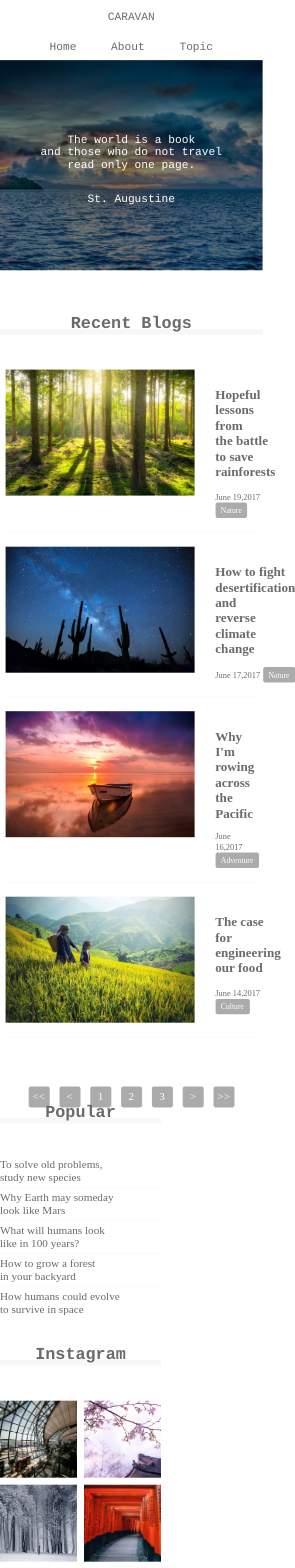
Repository: Kaori199701/-1
Page: caravan/index.html
The author's editor kept a record of every edit. The page is drawn from the files as they stood at one moment, then again after the next edit.
The browser window is 375 px wide. The page is 422 px wide, then 375 px, so the pictures cover 422 px, including what lies to the right of the window. The pictures show the part of the page from y = 0 to 2240 px (the page is 2916 px tall before and 2826 px after), at 70% of full size.
Some web libraries are served in a nearby version.

Above is the page before.

### caravan/index.html
<!DOCTYPE html>
<html lang="ja">
  <head>
    <meta charset="UTF-8" />
    <meta name="viewport" content="width=device-width,initial-scale=1.0">
    <!-- FontAwesomeの読み込み -->
    <script src="https://kit.fontawesome.com/28849d95ea.js" crossorigin="anonymous"></script>

    <!-- CSSファイルの読み込み -->
    <link rel="stylesheet" href="style.css" />
    <title>CARAVAN</title>
  </head>

  <body>
     <!-- header -->
    <header>
      <hi class="heading">
        <a href="index.html">
          CARAVAN
        </a>
      </hi>

      <div class="social">
         <i class="fab fa-facebook-square"></i>
         <i class="fab fa-twitter-square"></i>
         <i class="fab fa-instagram"></i>
      </div>
    </header>

    <! --navigation-->
    <nav>
      <ul class="nav-list">
        <li class="nav-list-item">
          <a href="index.html">Home</a>
        </li>
        <li class="nav-list-item">About</li>
        <li class="nav-list-item">Topic</li>
      </ul>
    </nav>

     <!-- main-visual用のdiv -->
     <div class="main-visual">
       <div class="main-visual-content">
       <!-- pタグ（と文字）を追加 -->
        <p class="main-visual-text">
         The world is a book<br />
         and those who do not travel<br />
         read only one page.
        </p>
        <p class="main-visual-name">
         St. Augustine
        </p>
       </div>
     </div>

     <!-- main用のdiv -->
     <main>
       <!-- ブログ(左側) -->
       <section class="blog">
        <h2 class="blog-heading">Recent Blogs</h2>

        <div class="blog-box">

         <!-- 1コ目の記事-->
         <div class="blog-item">
           <img class="blog-image" src="img/forest.jpg">
           <section class="blog-text">
             <h3 class="blog-text-heading">
               <a href="single.html">
                Hopeful lessons from<br>
                the battle to save<br>
                rainforests
               </a>
             </h3>
             <p class="blog-date">June 19,2017</p>
             <span class="category">Nature</span>
           </section>
          </div>

         <!-- 2コ目の記事-->
          <div class="blog-item">
           <img class="blog-image" src="img/desert.jpg">
           <section class="blog-text">
             <h3 class="blog-text-heading">
               <a href="single.html">
                How to fight<br>
                desertification and<br>
                reverse climate change
               </a>
             </h3>
             <p class="blog-date">June 17,2017</p>
             <span class="category">Nature</span>
           </section>
          </div>

        <!-- 3コ目の記事-->
         <div class="blog-item">
           <img class="blog-image" src="img/sunset.jpg">
           <section class="blog-text">
             <h3 class="blog-text-heading">
               <a href="single.html">
                Why I'm rowing<br>
                across the Pacific
               </a>
             </h3>
             <p class="blog-date">June 16,2017</p>
             <span class="category">Adventure</span>
           </section>
         </div>

        <!-- 4コ目の記事-->
         <div class="blog-item">
           <img class="blog-image" src="img/asia.jpg">
           <section class="blog-text">
             <h3 class="blog-text-heading">
               <a href="single.html">
                 The case for<br>
                 engineering our food
               </a>
             </h3>
             <p class="blog-date">June 14,2017</p>
             <span class="category">Culture</span>
           </section>
          </div>
         </div>
         <div class="pagination">
            <p><<</p>
            <p><</p>
            <p>1</p>
            <p>2</p>
            <p>3</p>
            <p>></p>
            <p>>></p>
         </div>
       </section>

       <!-- サイドバー(右側) -->
       <div class="sidebar">
        <selection class="popular">
          <h2 class="popular-heading common-heading">Popular</h2>
           <div class="sidebar-contents">
             <p class="popular-text">To solve old problems,<br>study new species</p>
             <p class="popular-text">Why Earth may someday<br>look like Mars</p>
             <p class="popular-text">What will humans look<br>like in 100 years?</p>
             <p class="popular-text">How to grow a forest<br>in your backyard</p>
             <p class="popular-text">How humans could evolve<br>to survive in space</p>
           </div>
        </selection>

        <selection class="instagram">
          <h2 class="instagram-heading common-heading">Instagram</h2>
           <div class="sidebar-contents">
             <div class="instagram-box"></div>
             <div class="instagram-box"></div>
             <div class="instagram-box"></div>
             <div class="instagram-box"></div>
             <div class="instagram-box"></div>
             <div class="instagram-box"></div>
           </div>
        </selection>

        <section class="categories">
          <h2 class="categories-heading common-heading">Categories</h2>
           <div class="sidebar-contents">
             <p class="categories-text">Technology(15)</p>
             <p class="categories-text">Business(23)</p>
             <p class="categories-text">Entertainment(12)</p>
             <p class="categories-text">Nature(32)</p>
             <p class="categories-text">Education(9)</p>
             <p class="categories-text">Adventure(23)</p>
             <p class="categories-text">Communication(14)</p>
           </div>
        </selection>

       </div>
     </main>

     <!-- footer -->
     <footer>
       <p class="footer-text">© All rights reserved by Infratop.Inc.</p>
     </footer>
   </body>
</html>

### caravan/style.css
/* ブラウザがそれぞれ持っているCSSをリセットするための記述 */
* {
  margin: 0;
  padding: 0;
  box-sizing: border-box;
  color: #6c6b6b;
}

a {
  text-decoration: none;
}

header, nav, h2, .main-visual, footer {
  font-family: Chalkduster, "Bradley Hand", Courier, "Segoe Print", sans-serif;
}

header {
  width: 90%; /* 横幅90% */
  padding: 15px 0;
  margin: 0 auto;
  text-align: center;
  position: relative; /* #socialの基準位置を相対位置へ変更する */
}

.social {
  position: absolute; /* headerの左上を基準に絶対位置で指定する */
  top: 22px; /* headerの左上から22px下側へ移動する */
  right: 22px; /* headerの右上から22px左側へ移動する */
}

.social i {
  display: inline-block;
  margin-left: 20px;
}

header.heading {/* headerタグ内のheadingクラスにのみ反映される */
  font-size: 32px;
}

.nav-list {
  text-align: center;
  padding: 10px 0;
  margin: 0 auto;
}

.nav-list-item {
  list-style: none;
  display: inline-block;
  margin: 0 20px;
}


.main-visual {
  width: 100%; /* 横幅いっぱい */
  height: 300px; /* 高さ300px */
  background-image: url(img/mv.jpg);
  background-size: cover;/* 縦横比を維持したまま背景領域を埋め尽くす */
  background-position:center;/* 背景画像を中央に配置 */
}

.main-visual-content {
  width: 40%; /* 横幅40% */
  height: 300px; /* 親の高さに揃える */
  background-color: rgba(0,0,0,0.5);/* 背景色を半透明の黒にする */
  text-align: center; /* 文字を中央揃えにする */
  padding-top: 105px;/* 上側の内側余白で垂直方向の位置を調整(上105px空白にする) */
}

.main-visual-text {
  color: #fff; /* 文字色を白に変更 */
}

.main-visual-name {
  margin-top: 30px; /* 上側の外側の余白 */
  color: #fff; /* 文字色を白に変更 */
}


main {
  width: 800px; /* 横幅800px */
  display: flex; /* Flexboxの利用 */
  justify-content: center; /* 要素の横並び・中央寄せ */
  margin: 0 auto; /* 要素の中央揃え */
  padding: 70px 0; /* 上下に70px、左右に0pxの内側余白 */
}

.blog {
  width: 540px;
  margin-right: 30px;/* 領域の右側余白30px*/

}

.blog-heading {
  border-bottom: 8px solid #f7f7f7;
  text-align: center;
  line-height: 0.6;
}

.blog-box {
  padding-top: 50px;
}

.blog-item {
  padding-bottom: 20px;
  margin-bottom: 20px;
  border-bottom: 1px solid #f7f7f7;
  display: flex; /* Flexboxの利用 */
  justify-content: flex-start;
}

.blog-image{
  height: 180px;
}

.blog-text {
  padding: 25px 0 0 30px;
}

.blog-text-heading {
  padding-bottom: 15px;
}

.blog-date {
  font-size: 12px;
  display: inline-block;
}

.category {
  display: inline-block;
  padding: 5px 8px;
  background-color: #acabab;
  border-radius: 3px;
  color: #fff;
  font-size: 11px;
}

.pagination {
  text-align: center;
  padding-top: 50px;
}

.pagination p {
  display: inline-block;
  width: 30px;
  height: 30px;
  margin: 0 5px;
  color: #fff;
  background-color: #acabab;
  border-radius: 3px;
  line-height: 30px;
}


.sidebar {
  width: 230px;
}

.common-heading {
  border-bottom: 8px solid #f7f7f7;
  text-align: center;
  line-height: 0.6;
}

.sidebar-contents {
  padding: 50px 0;
}

.popular-text,
.categories-text {
  padding-bottom: 5px;
  border-bottom: 1px solid #f7f7f7;
  margin-bottom: 5px;
}

.popular-text:last-child,
.categories-text:last-child {
  margin: 0;
  padding: 0;
  border: none;
}

.instagram .sidebar-contents {
  display: flex;
  flex-wrap: wrap;
}

.instagram-box {
  width: 110px;
  padding-top: 110px;
  background-size: cover;
  background-position: center;
  margin-bottom: 10px;
}

.instagram-box:nth-child(odd) {
  margin: 0 10px 10px 0;
}

.instagram-box:nth-child(1) {
  background-image: url(img/airport.jpg);
}

.instagram-box:nth-child(2) {
  background-image: url(img/japan.jpg);
}

.instagram-box:nth-child(3) {
  background-image: url(img/snow.jpg);
}

.instagram-box:nth-child(4) {
  background-image: url(img/japan2.jpg);
}

.instagram-box:nth-child(5) {
  background-image: url(img/lake.jpg);
}

.instagram-box:nth-child(6) {
  background-image: url(img/road.jpg);
}



footer {
  width: 100%; /* 横幅いっぱい */
  height: 120px; /* 高さ120px */
  text-align: center;
  line-height: 120px;
  background-color: #848282;
}

.footer-text {
  color: #fff;
}


@media screen and (max-width: 425px) {
  header {
    width: 100%;
  }

  .nav-list {
    width: 100%;
  }

  .av-list-item {
    width: 100%;
    margin: 0 0 10px 0;
  }

 .social {
    display: none;
  }

  .main-visual-content {
    width: 100%;
  }

  main {
    width: 100%;
    display: block;
  }

  .blog {
    width: 100%;
    margin: 0;
  }

.blog-box {
  padding-left: 2%;
  padding-right: 2%;
}

.blog-item {
  padding-bottom: 20px;
  margin-bottom: 20px;
  border-bottom: 1px solid #f7f7f7;
  display: flex; /* Flexboxの利用 */
  justify-content: flex-start;
}

.blog-image{
  height: 180px;
}

.blog-text {
  padding: 25px 0 0 30px;
}

.blog-text-heading {
  padding-bottom: 15px;
}

.blog-date {
  font-size: 12px;
  display: inline-block;
}

.category {
  display: inline-block;
  padding: 5px 8px;
  background-color: #acabab;
  border-radius: 3px;
  color: #fff;
  font-size: 11px;
}

.pagination {
  text-align: center;
  padding-top: 50px;
}

.pagination p {
  display: inline-block;
  width: 30px;
  height: 30px;
  margin: 0 5px;
  color: #fff;
  background-color: #acabab;
  border-radius: 3px;
  line-height: 30px;
}


.sidebar {
  width: 230px;
}

.common-heading {
  border-bottom: 8px solid #f7f7f7;
  text-align: center;
  line-height: 0.6;
}

.sidebar-contents {
  padding: 50px 0;
}

.popular-text,
.categories-text {
  padding-bottom: 5px;
  border-bottom: 1px solid #f7f7f7;
  margin-bottom: 5px;
}

.popular-text:last-child,
.categories-text:last-child {
  margin: 0;
  padding: 0;
  border: none;
}

.instagram .sidebar-contents {
  display: flex;
  flex-wrap: wrap;
}

.instagram-box {
  width: 110px;
  padding-top: 110px;
  background-size: cover;
  background-position: center;
  margin-bottom: 10px;
}

.instagram-box:nth-child(odd) {
  margin: 0 10px 10px 0;
}

.instagram-box:nth-child(1) {
  background-image: url(img/airport.jpg);
}

.instagram-box:nth-child(2) {
  background-image: url(img/japan.jpg);
}

.instagram-box:nth-child(3) {
  background-image: url(img/snow.jpg);
}

.instagram-box:nth-child(4) {
  background-image: url(img/japan2.jpg);
}

.instagram-box:nth-child(5) {
  background-image: url(img/lake.jpg);
}

.instagram-box:nth-child(6) {
  background-image: url(img/road.jpg);
}



footer {
  width: 100%; /* 横幅いっぱい */
  height: 120px; /* 高さ120px */
  text-align: center;
  line-height: 120px;
  background-color: #848282;
}

.footer-text {
  color: #fff;
}


}

After the next edit:
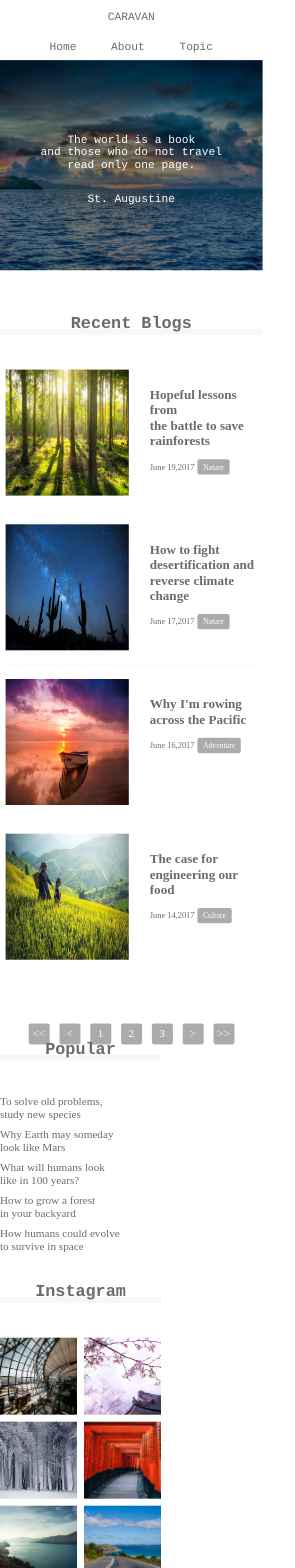
The edit:
--- a/caravan/style.css
+++ b/caravan/style.css
@@ -272,16 +272,8 @@
   padding-right: 2%;
 }
 
-.blog-item {
-  padding-bottom: 20px;
-  margin-bottom: 20px;
-  border-bottom: 1px solid #f7f7f7;
-  display: flex; /* Flexboxの利用 */
-  justify-content: flex-start;
-}
-
 .blog-image{
-  height: 180px;
+  width: 49%;
 }
 
 .blog-text {
